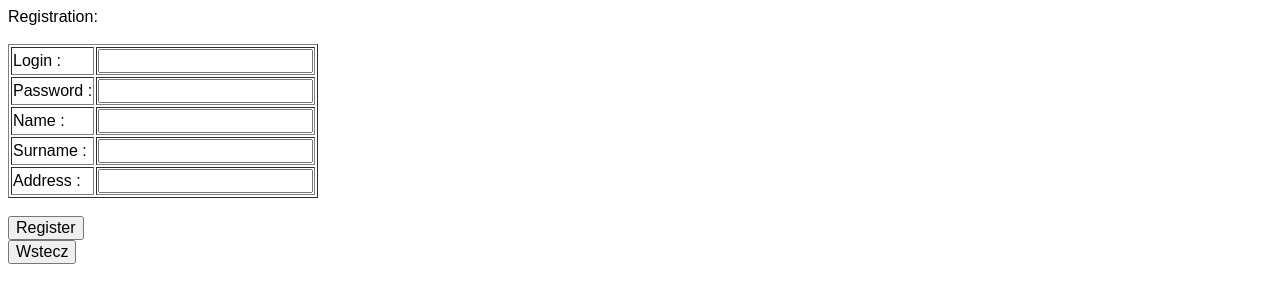
Repository: zlenyk/wrzucak
Page: Shop/WebContent/registration.html
An editor plug-in stored every save of this project. The page is shown before and after the next save, followed by the edit.
The browser window is 1280 px wide. The pictures show the whole page.

Above is the page before, as saved 2013-09-24 10:53:09.

After the next save:
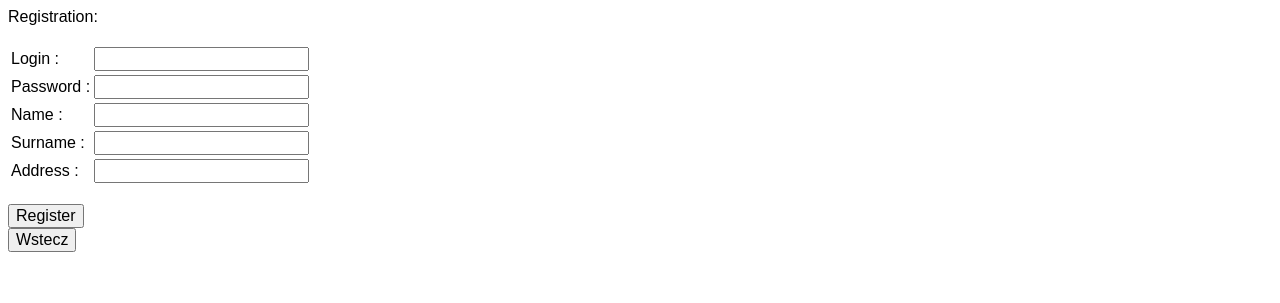
Saved 37 s later.
--- a/Shop/WebContent/registration.html
+++ b/Shop/WebContent/registration.html
@@ -8,7 +8,7 @@
 <body>
   <form method="POST" action="http://localhost:8080/Shop/Registration">
     Registration:<br /><br />
-    <table border = 1>
+    <table id = "box">
     	<tr>
     		<td>Login :</td> <td><input type="text" name="login" /></td>
     	</tr>
